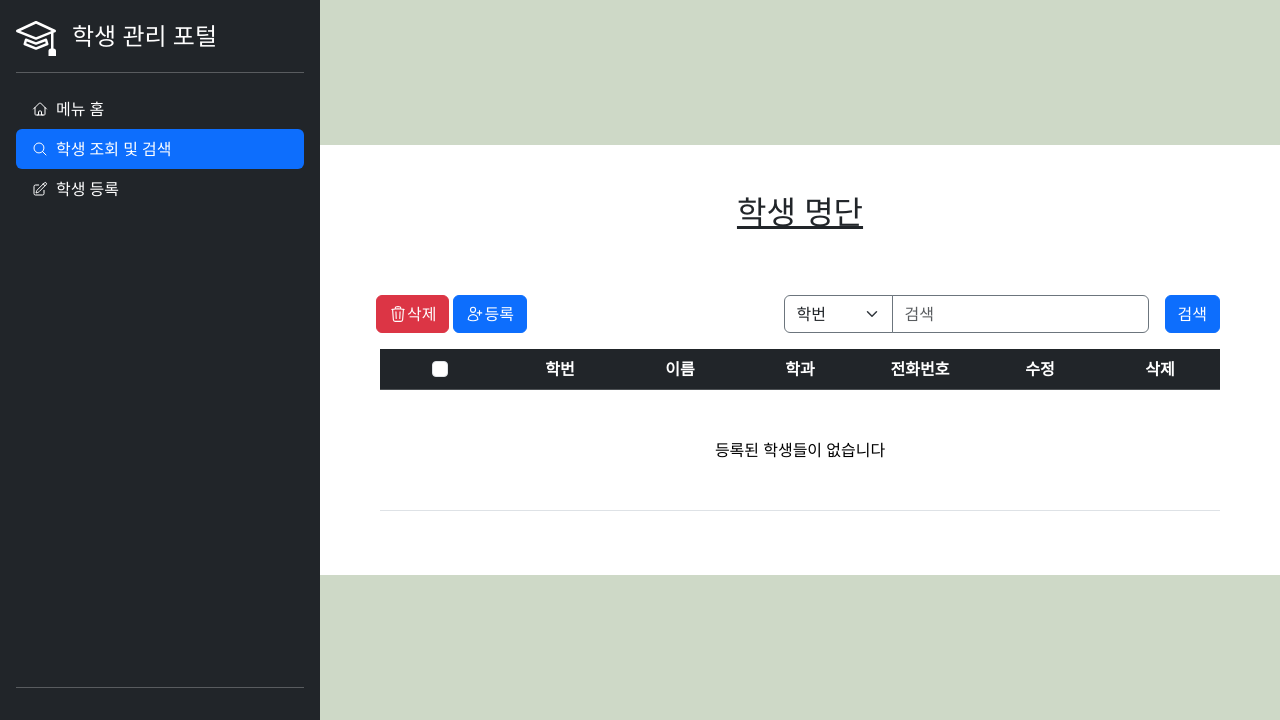
Repository: invisibleufo101/StudentManagementWeb
Page: http://localhost/HSW_Web/browseStudents.do
These files come from the project's save history. The page is drawn as it stood at one moment and after the next save; the edit follows.
The browser window is 1280 px wide. The pictures show the whole page.
The page is served by Tomcat 9. Queries for data that is not in the repository find no rows.

Above is the page before, as saved 2024-09-25 13:41:52.

After the next save:
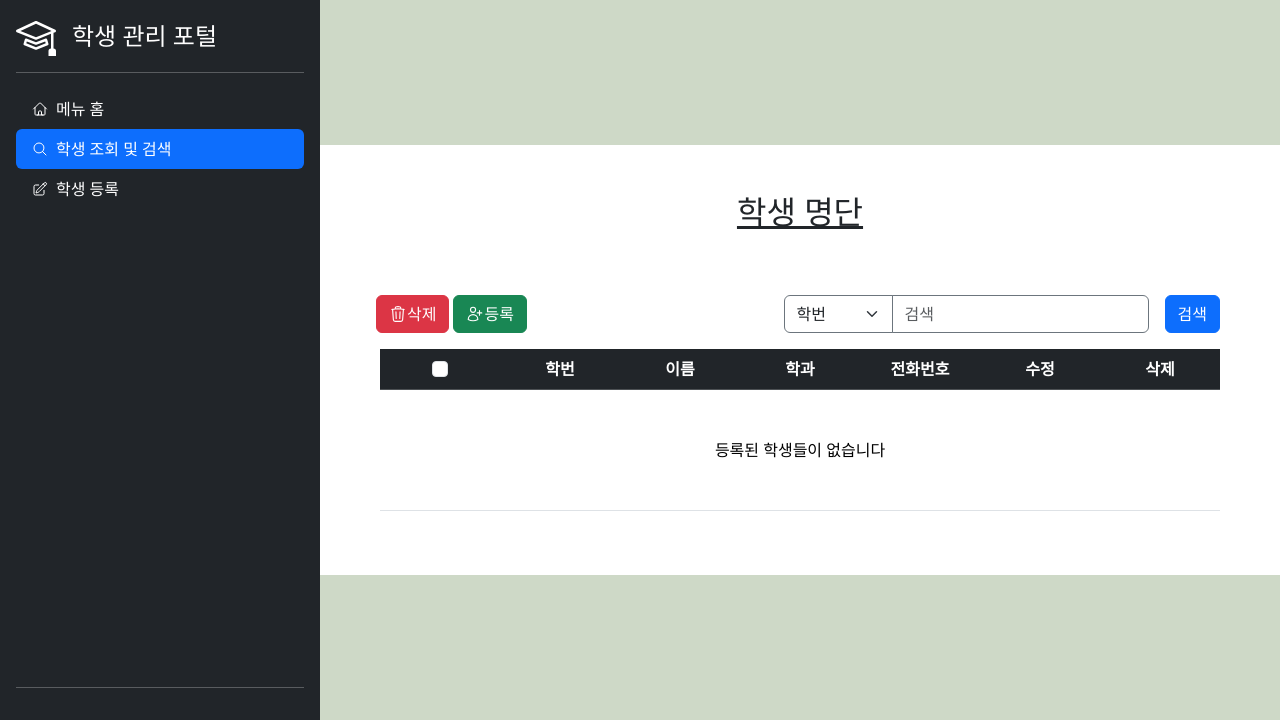
Saved 87 s later.
--- a/HSW_Web/src/main/java/com/university/controller/BrowseStudentsServlet.java
+++ b/HSW_Web/src/main/java/com/university/controller/BrowseStudentsServlet.java
@@ -179,7 +179,7 @@ public class BrowseStudentsServlet extends HttpServlet {
 		out.println("삭제</button>");
 
 		// 학생 등록 버튼
-		out.println("<button class='ms-1 btn btn-primary d-flex align-items-center justify-content-between' type='button' data-bs-toggle='modal' data-bs-target='#registerStudentModal'>");
+		out.println("<button class='ms-1 btn btn-success d-flex align-items-center justify-content-between' type='button' data-bs-toggle='modal' data-bs-target='#registerStudentModal'>");
 		out.println("<svg xmlns='http://www.w3.org/2000/svg' fill='none' viewBox='0 0 24 24' stroke-width='1.5' stroke='currentColor' height='18' width='18'>");
 		out.println("<path stroke-linecap='round' stroke-linejoin='round' d='M18 7.5v3m0 0v3m0-3h3m-3 0h-3m-2.25-4.125a3.375 3.375 0 1 1-6.75 0 3.375 3.375 0 0 1 6.75 0ZM3 19.235v-.11a6.375 6.375 0 0 1 12.75 0v.109A12.318 12.318 0 0 1 9.374 21c-2.331 0-4.512-.645-6.374-1.766Z' />");
 		out.println("</svg>");
